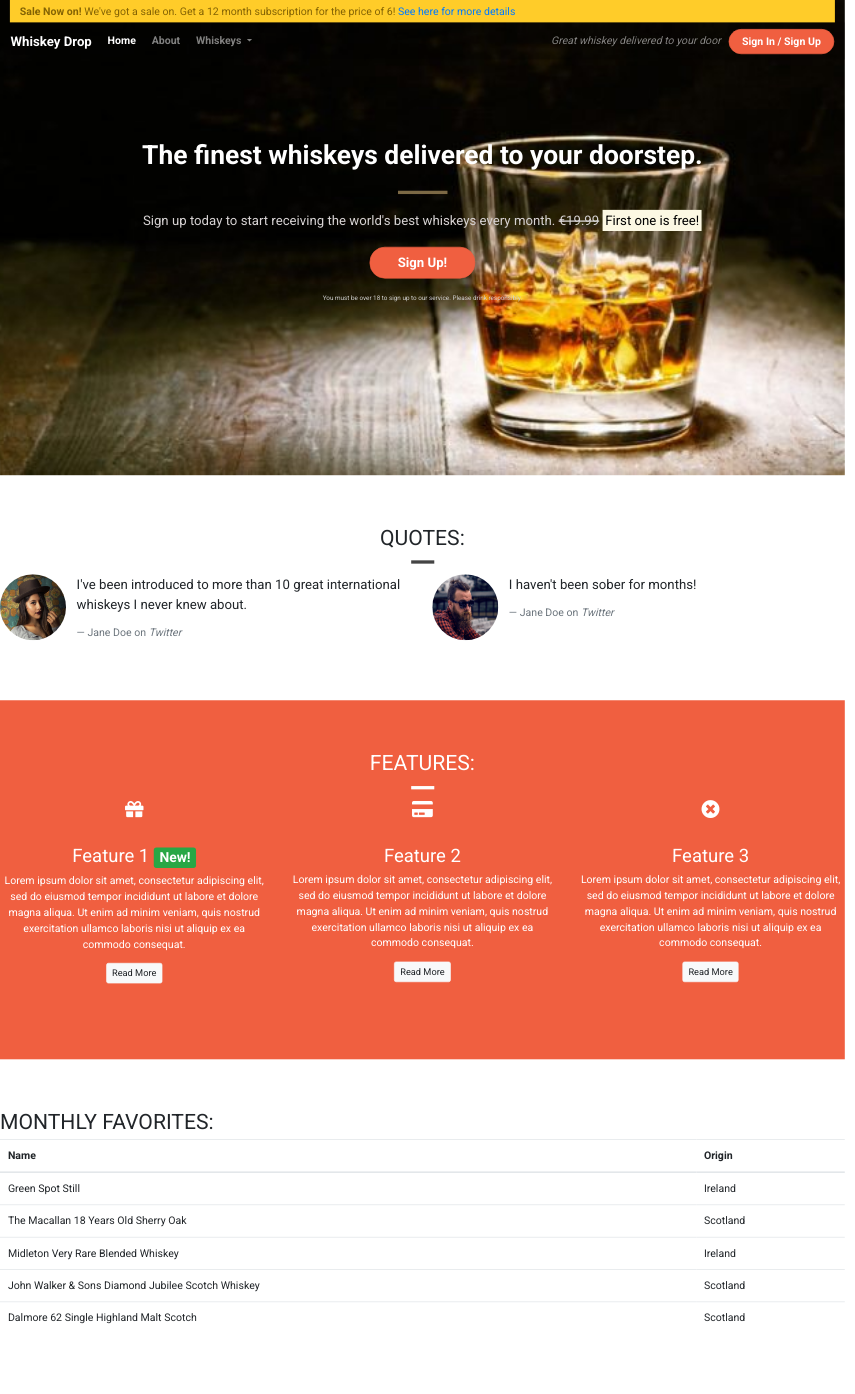
Repository: grisselfaura/BootstrappingYourNextBigIdea-BS4
Page: index.html
The author's editor kept a record of every edit. The page is drawn from the files as they stood at one moment, then again after the next edit.
The browser window is 1280 px wide. The page is 1295 px wide, so the pictures cover 1295 px, including what lies to the right of the window. The pictures show the whole page, at 66% of full size.
Backgrounds fixed to the window are drawn as part of the page. Some web libraries are served in a nearby version.

Above is the page before.

After the next edit:
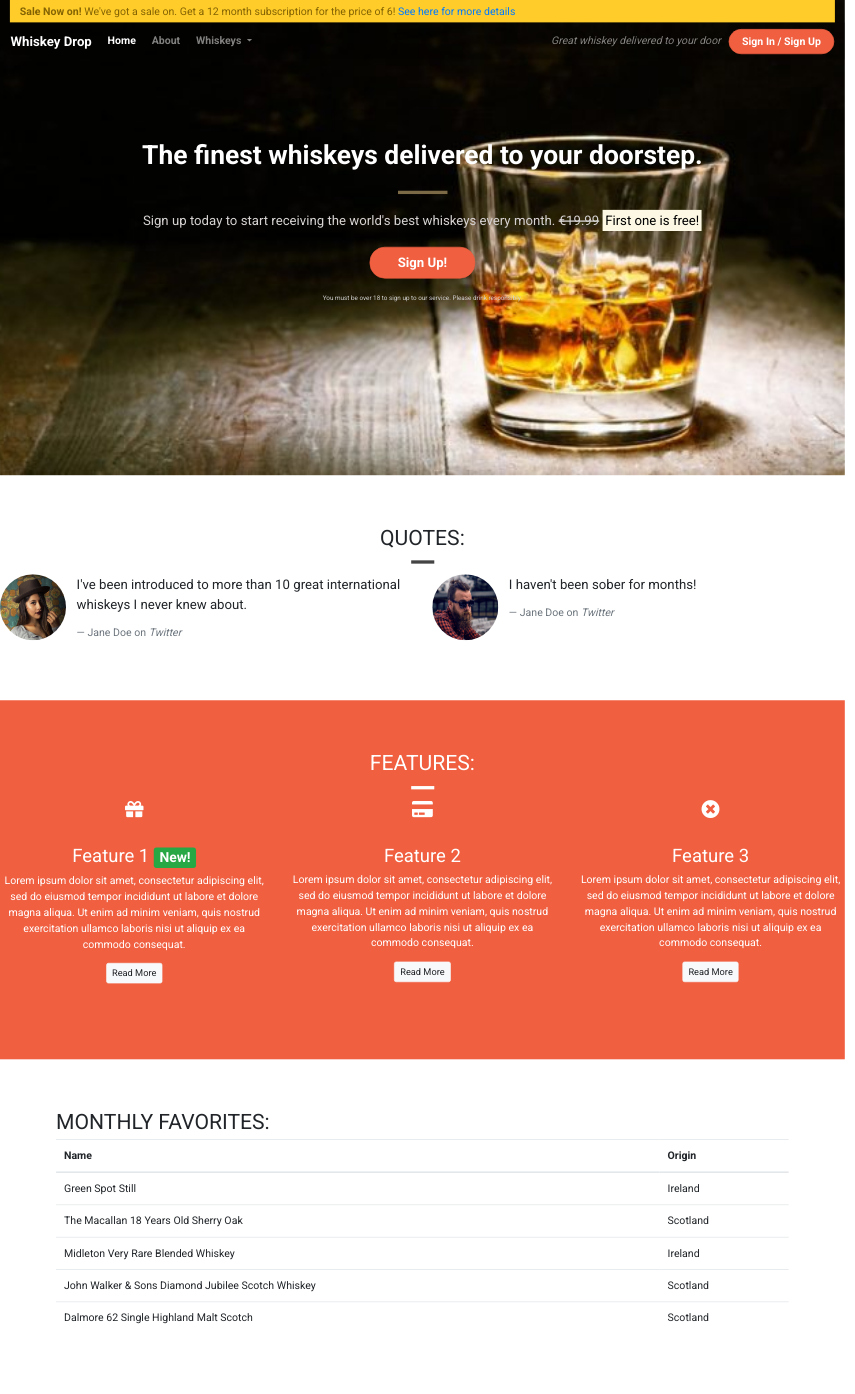
The edit:
--- a/index.html
+++ b/index.html
@@ -157,41 +157,41 @@
 
  <!-- Monthly favorites -->
     <div class="container-wrapper">
-        <div class="cointainer quotes-container content-container">
-
-    <section class="Monthly favorites">
-        <h2 class="text-uppercase">Monthly favorites:</h2>
-        <table class="table">
-            <thead>
-                <tr>
-                    <th scope="col">Name</th>
-                    <th scope="col">Origin</th>
-                </tr>
-            </thead>
-            <tbody>
-                <tr>
-                    <td>Green Spot Still</td>
-                    <td>Ireland</td>
-                </tr>
-                <tr>
-                    <td>The Macallan 18 Years Old Sherry Oak</td>
-                    <td>Scotland</td>
-                </tr>
-                <tr>
-                    <td>Midleton Very Rare Blended Whiskey</td>
-                    <td>Ireland</td>
-                </tr>
-                <tr>
-                    <td>John Walker & Sons Diamond Jubilee Scotch Whiskey</td>
-                    <td>Scotland</td>
-                </tr>
-                <tr>
-                    <td>Dalmore 62 Single Highland Malt Scotch</td>
-                    <td>Scotland</td>
-                </tr>
-            </tbody>
-        </table>
-    </section>
+        <div class="container quotes-container content-container">
+            <section class="Monthly favorites">
+                <h2 class="text-uppercase">Monthly favorites:</h2>
+                <table class="table">
+                    <thead>
+                        <tr>
+                            <th scope="col">Name</th>
+                            <th scope="col">Origin</th>
+                        </tr>
+                    </thead>
+                    <tbody>
+                        <tr>
+                            <td>Green Spot Still</td>
+                            <td>Ireland</td>
+                        </tr>
+                        <tr>
+                            <td>The Macallan 18 Years Old Sherry Oak</td>
+                            <td>Scotland</td>
+                        </tr>
+                        <tr>
+                            <td>Midleton Very Rare Blended Whiskey</td>
+                            <td>Ireland</td>
+                        </tr>
+                        <tr>
+                            <td>John Walker & Sons Diamond Jubilee Scotch Whiskey</td>
+                            <td>Scotland</td>
+                        </tr>
+                        <tr>
+                            <td>Dalmore 62 Single Highland Malt Scotch</td>
+                            <td>Scotland</td>
+                        </tr>
+                    </tbody>
+                </table>
+            </section>
+        </div>
     </div>
 
     <div class="modal" tabindex="-1" role="dialog" id="signUpModal">
